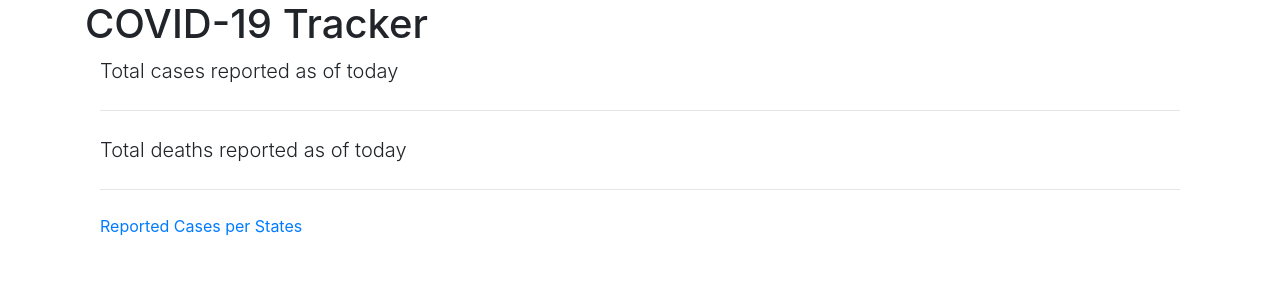
Repository: kimjuneyoung5/Bootcamp-Java
Page: http://localhost/CovidTrackingApp/WEB-INF/index.jsp
An editor plug-in stored every save of this project. The page is shown before and after the next save, followed by the edit.
The browser window is 1280 px wide. The pictures show the whole page.
The page is served by Tomcat 9. Nobody is signed in. Other server files are loaded and not shown. The template is opened directly, without the code that normally fills it, so the values that code supplies are empty.

Above is the page before, as saved 2021-10-01 21:46:16.

### oop/CovidTrackingApp/src/main/webapp/WEB-INF/index.jsp
<%@ page language="java" contentType="text/html; charset=UTF-8"
    pageEncoding="UTF-8"%>
<%@ taglib prefix="c" uri="http://java.sun.com/jsp/jstl/core" %>
<%@ taglib prefix="fmt" uri="http://java.sun.com/jsp/jstl/fmt" %>
<%@ taglib prefix="form" uri="http://www.springframework.org/tags/form"%>
<%@ page isErrorPage="true" %>
<!DOCTYPE html>

<html xmlns:th="http://www.thymeleaf.org">

<head>
    <title>COVID-19 Tracker</title>
    <meta http-equiv="Content-Type" content="text/html; charset=UTF-8" />
    <link rel="stylesheet" href="https://stackpath.bootstrapcdn.com/bootstrap/4.4.1/css/bootstrap.min.css" integrity="sha384-Vkoo8x4CGsO3+Hhxv8T/Q5PaXtkKtu6ug5TOeNV6gBiFeWPGFN9MuhOf23Q9Ifjh" crossorigin="anonymous">
    <style>

    </style>
</head>

<body>
<div class="container">
<h1>COVID-19 Tracker</h1>

	<div class="container">
    	<h1 class="display-4"><c:out value="${totalReportedCases}"/></h1>
    	<p class="lead">Total cases reported as of today</p>
    	<hr class="my-4">
    	<h1 class="display-4"><c:out value="${totalReportedDeaths}"/></h1>
    	<p class="lead">Total deaths reported as of today</p>
    	<hr class="my-4">
    	<a href="/cases">Reported Cases per States</a>
	</div>

</div>

After the next save:
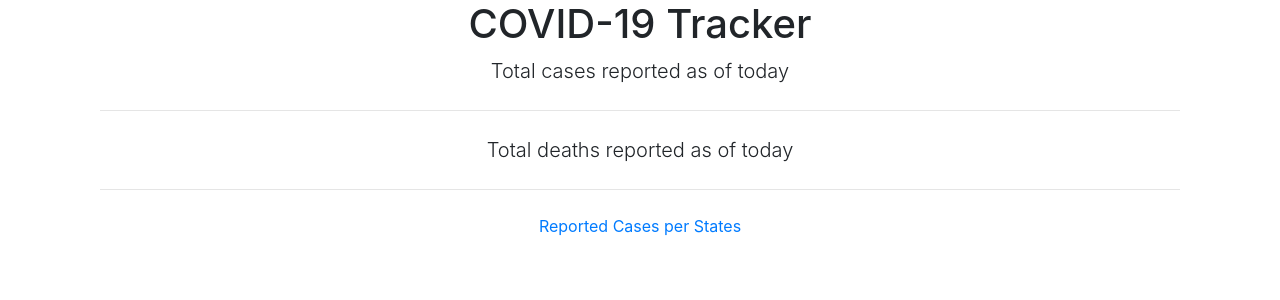
Saved 29 s later.
--- a/oop/CovidTrackingApp/src/main/webapp/WEB-INF/index.jsp
+++ b/oop/CovidTrackingApp/src/main/webapp/WEB-INF/index.jsp
@@ -13,7 +13,9 @@
     <meta http-equiv="Content-Type" content="text/html; charset=UTF-8" />
     <link rel="stylesheet" href="https://stackpath.bootstrapcdn.com/bootstrap/4.4.1/css/bootstrap.min.css" integrity="sha384-Vkoo8x4CGsO3+Hhxv8T/Q5PaXtkKtu6ug5TOeNV6gBiFeWPGFN9MuhOf23Q9Ifjh" crossorigin="anonymous">
     <style>
-
+    	.container{
+    		text-align:center;
+    	}
     </style>
 </head>
 
